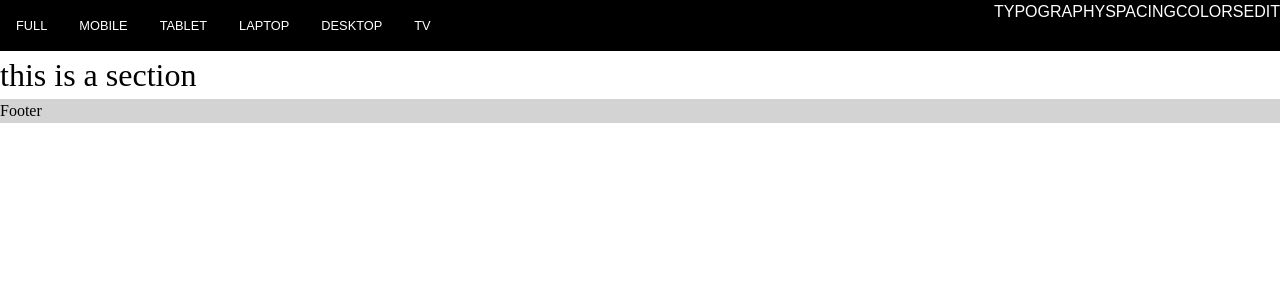
Repository: Terrycoco/coco-playground
Page: /
An editor plug-in stored every save of this project. The page is shown before and after the next save, followed by the edit.
The browser window is 1280 px wide. The pictures show the whole page.
The project was rebuilt for these pictures with package versions that can differ from the ones it lists, and the page was loaded fresh each time. The framework's server and built-in components were replaced by stand-ins that run in the browser. Also part of the build but not shown: next.config.js, src/components/menus/menu.module.css.

Above is the page before, as saved 2023-03-20 10:43:33.

### src/app/layout.js
//THIS FILE DEFINES BASIC HTML FOR WHOLE SITE
//YOU CAN OVERWRITE ANY METADATA IN INDIVIDUAL ROUTES ALSO
"use client";
import { Providers } from "./store/provider";
import "./globals.css";
import Header from "@/components/layout/Header.js";

import Footer from "@/components/layout/Footer";
import ScreenEmulator from "@/components/layout/ScreenEmulator";

//can't use metadata on files that use client
// export const metadata = {
//   title: "Theme Playground",
//   description: "Theme Playground By Coco",
// };

export default function RootLayout({ children }) {
  return (
    <html lang="en">
      <head>
        <title>Coco Theme Playground</title>
      </head>

      <body>
        <Providers>
          <>
            <Header />
            <ScreenEmulator>
              {children}
              <Footer />
            </ScreenEmulator>
          </>
        </Providers>
      </body>
    </html>
  );
}

### src/app/page.js
"use client";
import { useSelector, useDispatch } from "react-redux";
import { selectTheme } from "./store/slices/themeSlice";

export default function Page() {
  const theme = useSelector(selectTheme);
  console.log("page recd theme:", theme);
  return (
    <main>
      <section>this is a section</section>
    </main>
  );
}

// <section id="theme" style={getContainerStyle("section")}>
// <h1 style={getHStyle("h1")}>
//   This the result of your Theme{"   "}
//   <span style={styles.smgray}>(h1)</span>
// </h1>
// <h2 style={getHStyle("h2")}>
//   Your Default Styles Are Shown{"   "}
//   <span style={styles.smgray}>(h2)</span>
// </h2>
// <h3 style={getHStyle("h3")}>
//   You selected {`${levCount - 1}`} levels of headings.
//   <span style={styles.smgray}>(h3)</span>
// </h3>

// <h4 style={getHStyle("h4")}>
//   I am a heading level 4 {"   "}
//   <span style={styles.smgray}>(h4)</span>
// </h4>

// <h5 style={getHStyle("h5")}>
//   I am a heading level 5{"   "}
//   <span style={styles.smgray}>(h5)</span>
// </h5>

// <h6 style={getHStyle("h6")}>
//   I am a heading level 6{"   "}
//   <span style={styles.smgray}>(h6)</span>
// </h6>

// <p data-el="p" style={getTextStyle("p")}>
//   Your theme settings will show up here. These are the default styles
//   for each element, which will be consistent across your project. You
//   can, of course, alter them for individual elements as you see fit.{" "}
//   <span style={styles.smgray}>(p)</span>
// </p>
// <p data-el="p" style={getTextStyle("p")}>
//   This is the paragraph element. To set the font scale among the
//   different headings and at different screen resolutions, go to{" "}
//   <b>SCALE</b>. The rest of the paragraph settings can be found by
//   clicking <b>TEXT</b> <span style={styles.smgray}>(p)</span>
// </p>

// <p data-el="p" style={getTextStyle("p")}>
//   Don't like the spacing? Click <b>CONTAINERS</b> to set default padding
//   and margins for container elements like sections, the header and
//   footer, between paragraphs, etc.{" "}
//   <span style={styles.smgray}>(p)</span>
// </p>
// </section>
// <section id="colors" style={getContainerStyle("section")}>
// <h1 style={getHStyle("h1")}>
//   This the result of your Theme{"   "}
//   <span style={styles.smgray}>(h1)</span>
// </h1>
// <h2 style={getHStyle("h2")}>
//   Your Default Styles Are Shown{"   "}
//   <span style={styles.smgray}>(h2)</span>
// </h2>
// <h3 style={getHStyle("h3")}>
//   You selected {`${levCount - 1}`} levels of headings.
//   <span style={styles.smgray}>(h3)</span>
// </h3>

// <h4 style={getHStyle("h4")}>
//   I am a heading level 4 {"   "}
//   <span style={styles.smgray}>(h4)</span>
// </h4>

// <h5 style={getHStyle("h5")}>
//   I am a heading level 5{"   "}
//   <span style={styles.smgray}>(h5)</span>
// </h5>

// <h6 style={getHStyle("h6")}>
//   I am a heading level 6{"   "}
//   <span style={styles.smgray}>(h6)</span>
// </h6>

// <p data-el="p" style={getTextStyle("p")}>
//   Your typography styles will show up here. These are the default styles
//   for each element, which will be consistent across your project. You
//   can, of course, alter them for individual elements as you see fit.{" "}
//   <span style={styles.smgray}>(p)</span>
// </p>
// <p data-el="p" style={getTextStyle("p")}>
//   This is the paragraph element. To set the font scale among the
//   different headings and at different screen resolutions, go to{" "}
//   <b>SCALE</b>. The rest of the paragraph settings can be found by
//   clicking <b>TYPOGRAPHY</b> <span style={styles.smgray}>(p)</span>
// </p>

// <p data-el="p" style={getTextStyle("p")}>
//   Don't like the spacing? Click <b>SPACING</b> to set default padding
//   and margins for elements like sections, the header and footer, between
//   paragraphs, etc. <span style={styles.smgray}>(p)</span>
// </p>
// </section>

### src/app/store/provider.js
"use client";

import { Provider } from "react-redux";
import store from "./store";

export function Providers({ children }) {
  return <Provider store={store}>{children}</Provider>;
}

### src/app/globals.css
@import "./reset.css";

:root {
  font-size: 1rem;
}
body {
  margin: 0;
  min-height: 100vh;
}

header {
  background-color: black;
  color: white;
}

footer {
  background-color: lightgray;
  color: black;
}

section {
  font-size: 2rem;
}

### src/components/layout/Header.js
"use client";
import React from "react";
import { useSelector } from "react-redux";
import { selectTheme } from "@/slices/themeSlice";
import { selectVariables } from "@/slices/variablesSlice";
import DeviceMenu from "@/components/menus/DeviceMenu";
import MainMenu from "@/components/menus/MainMenu";

function Header() {
  const theme = useSelector(selectTheme);
  const variables = useSelector(selectVariables);

  const styles = {
    header: {
      display: "flex",
      justifyContent: "space-between",
    },
  };

  const getHeaderStyles = () => {
    let styles = { ...theme.containers.header };
    styles.backgroundColor = variables[styles.backgroundColor];
    return styles;
  };

  return (
    <header style={styles.header}>
      <DeviceMenu />
      <MainMenu />
    </header>
  );
}

export default Header;

### src/components/layout/Footer.js
"use client";
import React from "react";

const Footer = () => {
  return <footer>Footer</footer>;
};

export default Footer;

### src/components/layout/ScreenEmulator.js
import { useState, useEffect } from "react";
import { useSelector } from "react-redux";
import { selectCurrentDevice, selectIsFullScreen } from "@/slices/uiSlice";
import { selectDevices, selectDeviceElements } from "@/slices/themeSlice";

const ScreenEmulator = ({ children, ...props }) => {
  const [width, setWidth] = useState("400px");
  const isFullScreen = useSelector(selectIsFullScreen);
  const device = useSelector(selectCurrentDevice);
  const devices = useSelector(selectDevices);
  const [baseFontSize, setBaseFontSize] = useState();
  const deviceFontSizes = useSelector(selectDeviceElements);

  //get some valid heights
  useEffect(() => {
    if (device && device.length > 0 && devices !== undefined) {
      if (isFullScreen) {
        setWidth(window.innerWidth);
      } else {
        console.log("device is:", device, "devices:", devices);
        let w = devices[device].min + 100 + "px";
        setWidth(w);
      }
      setBaseFontSize(deviceFontSizes[device].body.fontSize + "px");
    }
  }, [device, isFullScreen]);

  const getEmulation = () => {
    return {
      border: "1px solid darkgray",
      width: `${width}`,
      fontSize: `${baseFontSize}`,
      marginTop: "1rem",
      marginLeft: "1rem",
      height: window.innerHeight - 75 + "px",
      overflowY: "scroll",
      borderRadius: "10px",
      boxShadow: "rgba(213, 217, 217, 0.5) 0 2px 5px 0",
    };
  };

  if (isFullScreen == true) {
    return <>{children}</>;
  } else {
    return (
      <div style={getEmulation()}>
        {children}
        Screen size: {width} Device: {device}
      </div>
    );
  }
};

export default ScreenEmulator;

### src/app/store/slices/themeSlice.js
"use client";

import { createSlice, createSelector } from "@reduxjs/toolkit";
import { HYDRATE } from "next-redux-wrapper";
import { currentTheme } from "@/themes";

const initialState = {
  headingCount: currentTheme.headingCount,
  fonts: currentTheme.fonts,
  colors: currentTheme.colors,
  colorVariants: currentTheme.colorVariants,
  devices: currentTheme.devices,
  deviceElements: currentTheme.deviceElements,
  text: currentTheme.text,
  containers: currentTheme.containers,
};

export const themeSlice = createSlice({
  name: "theme",
  initialState,
  reducers: {
    updateText(state, action) {
      state.text[action.payload.element][action.payload.propName] =
        action.payload.value;
    },

    extraReducers: {
      [HYDRATE]: (state, action) => {
        return {
          ...state,
          ...action.payload.theme,
        };
      },
    },
  },
});

export const { updateText } = themeSlice.actions;
export const selectTheme = (state) => state.theme;
export const selectText = (state) => state.theme.text;
export const selectDevices = (state) => state.theme.devices;
export const selectDeviceElements = (state) => state.theme.deviceElements;
export default themeSlice.reducer;

### src/app/store/store.js
"use client"; //anything that will access redux must use client
import { configureStore } from "@reduxjs/toolkit";
import { themeSlice } from "./slices/themeSlice";
import { variablesSlice } from "./slices/variablesSlice";
import { uiSlice } from "./slices/uiSlice";

// config the store
const store = configureStore({
  reducer: {
    [themeSlice.name]: themeSlice.reducer,
    [variablesSlice.name]: variablesSlice.reducer,
    [uiSlice.name]: uiSlice.reducer,
  },
});

// export default the store
console.log("store:", store.getState());
export default store;

### src/app/reset.css
/* Box sizing rules */
*,
*::before,
*::after {
  box-sizing: border-box;
}

/* Remove default margin */
main,
html,
body,
h1,
h2,
h3,
h4,
h5,
h6,
p,
figure,
blockquote,
dl,
dd {
  margin: 0;
  padding: 0;
}

/* Remove list styles on ul, ol elements with a list role, which suggests default styling will be removed */
ul,
menu,
ol {
  list-style: none;
}

/* remove discs from list items */
li {
  list-style-type: none;
}

/* Set core root defaults */
html:focus-within {
  scroll-behavior: smooth;
}

/* Set core body defaults */
body {
  min-height: 100vh;
  text-rendering: optimizeSpeed;
  line-height: 1.5;
}

/* A elements that don't have a class get default styles */
a:not([class]) {
  text-decoration-skip-ink: auto;
}

/* Make images easier to work with */
img,
picture {
  max-width: 100%;
  display: block;
}

menu {
  margin-block-start: 0em;
  margin-block-end: 0em;
  margin-inline-start: 0px;
  margin-inline-end: 0px;
  padding-inline-start: 0px;
}

/* Inherit fonts for inputs and buttons */
input,
button,
textarea,
select {
  font: inherit;
}

/* remove any default font props */
body,
h1,
h2,
h3,
h4,
h5,
h6,
p {
  letter-spacing: normal;
  word-spacing: normal;
  line-height: 1.5;
  font-optical-sizing: auto;
}

/* Remove all animations, transitions and smooth scroll for people that prefer not to see them */
@media (prefers-reduced-motion: reduce) {
  html:focus-within {
    scroll-behavior: auto;
  }

  *,
  *::before,
  *::after {
    animation-duration: 0.01ms !important;
    animation-iteration-count: 1 !important;
    transition-duration: 0.01ms !important;
    scroll-behavior: auto !important;
  }
}

### src/app/store/slices/variablesSlice.js
import { createSlice } from "@reduxjs/toolkit";
import { HYDRATE } from "next-redux-wrapper";
import { currentTheme } from "@/themes";
import { updateColor, updateFont } from "@/app/store/sharedActions";

function toCSS(key) {
  var result = key.replace(/([A-Z])/g, " $1");
  return result.split(" ").join("-").toLowerCase();
}

const getFontVariable = (fontName) => {
  let str = fontName.replaceAll(" ", "-").toLowerCase();
  return `var(--font-${str})`;
};

const loadInitVariables = () => {
  let variables = {};
  let section, prefix;

  //fonts
  section = "fonts";
  prefix = "var(--font-";
  for (const key in currentTheme[section]) {
    variables[`${prefix}${key})`] = getFontVariable(currentTheme[section][key]);
  }

  //colors
  section = "colors";
  prefix = "var(--clr-";
  for (const key in currentTheme[section]) {
    variables[`${prefix}${key})`] = toCSS(currentTheme[section][key]);
  }

  //color variants
  section = "colorVariants";
  prefix = "var(--clr-";
  for (const key in currentTheme[section]) {
    variables[`${prefix}${key})`] = toCSS(currentTheme[section][key]);
  }

  return variables;
};

const initialState = loadInitVariables();

export const variablesSlice = createSlice({
  name: "variables",
  initialState,
  reducers: {
    updateVariable(state, action) {
      state[action.payload.key] = action.payload.value;
    },
  },
  extraReducers: (builder) => {
    builder
      .addCase(updateColor, (state, action) => {
        action.payload.map((obj) => {
          state[obj.themeVar] = obj.value;
        });
      })
      .addCase(updateFont, (state, action) => {
        console.log("got here:", action.payload);
        //theme variable (ie body) has been updated to another font
        state[action.payload.themeVar] = action.payload.fontVar;
      });
  },
});

export const { updateVariable } = variablesSlice.actions;
export const selectVariables = (state) => state.variables;
export default variablesSlice.reducer;

### src/components/menus/DeviceMenu.js
"use client";
import { useState, useEffect } from "react";
import { useSelector, useDispatch } from "react-redux";
import {
  selectCurrentDevice,
  updateCurrentDevice,
  updateIsFullScreen,
  selectIsFullScreen,
} from "@/slices/uiSlice";
import { selectDevices } from "@/slices/themeSlice";
import css from "./menu.module.css";

const DeviceMenu = () => {
  const currentDevice = useSelector(selectCurrentDevice);
  const fullScreen = useSelector(selectIsFullScreen);
  const dispatch = useDispatch();
  const devices = useSelector(selectDevices);
  const [userSize, setUserSize] = useState();
  const [userDevice, setUserDevice] = useState();

  useEffect(() => {
    setUserSize(window.innerWidth); //TODO MAKE RESPONSIVE
    let ud = getUserDevice(window.innerWidth, devices);
    console.log("userDevice:", ud);
    setUserDevice(ud);
    dispatch(updateCurrentDevice(ud));
  }, []);

  const styles = {
    menu: {
      display: "flex",
      flexDirection: "row",
      justifyContent: "space-evenly",
    },
    li: {
      fontFamily: "Arial",
      textTransform: "uppercase",
      fontSize: ".8em",
      padding: "1rem",
    },
  };

  const handleSelect = (e) => {
    const dev = e.target.id;
    if (dev === "full") {
      dispatch(updateIsFullScreen(true));
      dispatch(updateCurrentDevice(userDevice));
    } else {
      dispatch(updateCurrentDevice(dev));
      dispatch(updateIsFullScreen(false));
    }
  };

  return (
    <menu style={styles.menu}>
      <li id="full" style={styles.li} onClick={handleSelect} className={css.li}>
        Full
      </li>
      <li
        id="mobile"
        style={styles.li}
        className={css.li}
        onClick={handleSelect}
      >
        mobile
      </li>
      <li
        id="tablet"
        style={styles.li}
        className={css.li}
        onClick={handleSelect}
      >
        tablet
      </li>
      <li
        id="laptop"
        style={styles.li}
        className={css.li}
        onClick={handleSelect}
      >
        laptop
      </li>
      <li
        id="desktop"
        style={styles.li}
        className={css.li}
        onClick={handleSelect}
      >
        desktop
      </li>
      <li id="tv" style={styles.li} className={css.li} onClick={handleSelect}>
        tv
      </li>
    </menu>
  );
};

export default DeviceMenu;

function getUserDevice(size, devices) {
  for (const d in devices) {
    if (devices[d].min <= size && size <= devices[d].max) {
      return d;
    }
  }
}

### src/components/menus/MainMenu.js
"use client";
import React from "react";
import { useSelector } from "react-redux";
import { selectTheme } from "@/slices/themeSlice";
import { selectVariables } from "@/slices/variablesSlice";

function MainMenu() {
  const theme = useSelector(selectTheme);
  const variables = useSelector(selectVariables);

  const styles = {
    menu: {
      display: "flex",
      justifyContent: "space-evenly",
    },
    li: {
      fontFamily: "Arial, Helvetica",
      fontSize: "1rem",
      textTransform: "uppercase",
    },
  };

  return (
    <menu style={styles.menu}>
      <li style={styles.li}>typography</li>
      <li style={styles.li}>spacing</li>
      <li style={styles.li}>colors</li>
      <li style={styles.li}>edit</li>
    </menu>
  );
}

export default MainMenu;

### src/app/store/slices/uiSlice.js
"use client";

//slice for ui state

import { createSlice, createSelector } from "@reduxjs/toolkit";
import { HYDRATE } from "next-redux-wrapper";

const initialState = {
  currentForm: "",
  currentDevice: "",
  isFullScreen: true,
  isDrawerOpen: false,
  currentTab: 1,
};

export const uiSlice = createSlice({
  name: "ui",
  initialState,
  reducers: {
    updateCurrentForm(state, action) {
      state.currentForm = action.payload;
    },
    updateCurrentTab(state, action) {
      state.currentTab = action.payload;
    },
    updateCurrentDevice(state, action) {
      console.log("updateDevice: ", action);
      state.currentDevice = action.payload;
    },
    updateIsDrawerOpen(state, action) {
      state.isDrawerOpen = action.payload;
    },
    updateIsFullScreen(state, action) {
      state.isFullScreen = action.payload;
    },

    extraReducers: {
      [HYDRATE]: (state, action) => {
        return {
          ...state,
          ...action.payload.ui,
        };
      },
    },
  },
});

export const {
  updateCurrentForm,
  updateCurrentDevice,
  updateCurrentTab,
  updateIsDrawerOpen,
  updateIsFullScreen,
} = uiSlice.actions;
export const selectCurrentDevice = (state) => state.ui.currentDevice;
export const selectCurrentTab = (state) => state.ui.currentTab;
export const selectCurrentForm = (state) => state.ui.currentForm;
export const selectIsDrawerOpen = (state) => state.ui.isDrawerOpen;
export const selectIsFullScreen = (state) => state.ui.isFullScreen;
export default uiSlice.reducer;

### src/themes/index.js
import init from "./init";

module.exports = { currentTheme: init };

### src/app/store/sharedActions.js
import { createAction } from "@reduxjs/toolkit";
const varKeys = [75, 50, 25, 10, 5];

const updateColor = createAction("UPDATE_COLOR", function prepare(obj) {
  //any time theme color is updated, so are variants so pass those in with the payload
  console.log("shared updateColor", obj);
  let key = obj.key;
  let payloadVal = [];
  let newhex = obj.value;
  if (key !== "error" && key !== "whitish") {
    varKeys.map((pct) => {
      let variantKey = `${key}${pct}`;
      let val = getPctOfHex(newhex, pct);
      payloadVal.push({
        key: variantKey,
        value: val,
        section: "variants",
        themeVar: `var(--clr-${variantKey})`,
      });
    });
  }
  //push original one
  payloadVal.push({
    key: key,
    value: newhex,
    section: "themed",
    themeVar: `var(--clr-${key})`,
  });
  //console.log("newpayload:", payloadVal);
  return { payload: payloadVal };
});

const updateFont = createAction("UPDATE_FONT", function prepare(obj) {
  console.log("fontobj:", obj);
  /*shape of font payload
      propName: "body",
      name: "Gelasio",
      themeVar: "var(--font-body)",
      fontVar: "var(--font-gelasio)" */

  return { payload: obj };
});

module.exports = { updateColor, updateFont };

// util functions to calculate variant values --------------
function hexToHSL(H) {
  // Convert hex to RGB first
  let r = 0,
    g = 0,
    b = 0;
  if (H.length == 4) {
    r = "0x" + H[1] + H[1];
    g = "0x" + H[2] + H[2];
    b = "0x" + H[3] + H[3];
  } else if (H.length == 7) {
    r = "0x" + H[1] + H[2];
    g = "0x" + H[3] + H[4];
    b = "0x" + H[5] + H[6];
  }
  // Then to HSL
  r /= 255;
  g /= 255;
  b /= 255;
  let cmin = Math.min(r, g, b),
    cmax = Math.max(r, g, b),
    delta = cmax - cmin,
    h = 0,
    s = 0,
    l = 0;

  if (delta == 0) h = 0;
  else if (cmax == r) h = ((g - b) / delta) % 6;
  else if (cmax == g) h = (b - r) / delta + 2;
  else h = (r - g) / delta + 4;

  h = Math.round(h * 60);

  if (h < 0) h += 360;

  l = (cmax + cmin) / 2;
  s = delta == 0 ? 0 : delta / (1 - Math.abs(2 * l - 1));
  s = +(s * 100).toFixed(1);
  l = +(l * 100).toFixed(1);

  return { h: h, s: s, l: l };
}
function getPctOfHex(hex, pct) {
  //incoming pct is pct opacity of orig color
  let inverted = 100 - pct;
  //convert incoming to hsl
  let hsl = hexToHSL(hex);

  //current lightness is 0%;
  let currentLightPct = hsl.l;
  let remainingLightPct = 100 - currentLightPct;
  let onepct = remainingLightPct / 100;
  let desiredPct = onepct * inverted + currentLightPct;
  let result = HSLToHex(hsl.h, hsl.s, desiredPct);
  return result;
}
function HSLToHex(h, s, l) {
  s /= 100;
  l /= 100;

  let c = (1 - Math.abs(2 * l - 1)) * s,
    x = c * (1 - Math.abs(((h / 60) % 2) - 1)),
    m = l - c / 2,
    r = 0,
    g = 0,
    b = 0;

  if (0 <= h && h < 60) {
    r = c;
    g = x;
    b = 0;
  } else if (60 <= h && h < 120) {
    r = x;
    g = c;
    b = 0;
  } else if (120 <= h && h < 180) {
    r = 0;
    g = c;
    b = x;
  } else if (180 <= h && h < 240) {
    r = 0;
    g = x;
    b = c;
  } else if (240 <= h && h < 300) {
    r = x;
    g = 0;
    b = c;
  } else if (300 <= h && h < 360) {
    r = c;
    g = 0;
    b = x;
  }
  // Having obtained RGB, convert channels to hex
  r = Math.round((r + m) * 255).toString(16);
  g = Math.round((g + m) * 255).toString(16);
  b = Math.round((b + m) * 255).toString(16);

  // Prepend 0s, if necessary
  if (r.length == 1) r = "0" + r;
  if (g.length == 1) g = "0" + g;
  if (b.length == 1) b = "0" + b;

  return "#" + r + g + b;
}

### src/themes/init.js
//to use, import this file and set this as currentTheme in /src/themes/index
const headingCount = 1;

const fonts = {
  body: "Times",
  display: "Times",
  special: "Times",
  mono: "Times",
  forms: "Arial",
};

const devices = {
  mobile: {
    min: 320,
    max: 479,
  },

  tablet: {
    min: 480,
    max: 767,
  },

  laptop: {
    min: 768,
    max: 1023,
  },

  desktop: {
    min: 1024,
    max: 1999,
  },

  tv: {
    min: 1200,
    max: 9999,
  },
};

const deviceElements = {
  mobile: {
    body: {
      fontSize: "18",
      lineHeight: "1.5",
    },
    h1: {
      fontSize: "40",
      lineHeight: "1.16",
    },
  },
  tablet: {
    body: {
      fontSize: "19",
      lineHeight: "1.5",
    },
    h1: {
      fontSize: "40",
      lineHeight: "1.16",
    },
  },
  laptop: {
    body: {
      fontSize: "20",
      lineHeight: "1.329",
    },
    h1: {
      fontSize: "52",
      lineHeight: "1.16",
    },
  },
  desktop: {
    body: {
      fontSize: "24",
      lineHeight: "1.345",
    },
    h1: {
      fontSize: "57",
      lineHeight: "1.16",
    },
  },

  tv: {
    body: {
      fontSize: "28",
      lineHeight: "1.391",
    },
    h1: {
      fontSize: "67",
      lineHeight: "1.031",
    },
  },
};

const colors = {
  primary: "#fc3a79",
  secondary: "#fe572e",
  blackish: "#261f22",
  whitish: "#f5f5f4",
  error: "#dc2626",
};

const colorVariants = {
  primary75: "#fd6b99",
  primary50: "#fe9dbb",
  primary25: "#fecedd",
  primary10: "#ffebf1",
  primary5: "#fff5f8",
  secondary75: "#fe8162",
  secondary50: "#feab96",
  secondary25: "#ffd5cb",
  secondary10: "#ffeeea",
  secondary5: "#fff7f5",
  blackish75: "#635158",
  blackish50: "#9c868f",
  blackish25: "#cdc2c7",
  blackish10: "#ebe7e9",
  blackish5: "#f5f3f4",
};

const containers = {
  header: {
    backgroundColor: "var(--clr-primary)",
    height: "2rem",
    paddingRight: "0rem",
    paddingLeft: "0rem",
  },
  main: {
    paddingTop: "2rem",
    paddingRight: "0rem",
    paddingBottom: "0rem",
    paddingLeft: "0rem",
  },
  section: {
    paddingTop: "0rem",
    paddingRight: "0rem",
    paddingBottom: "0rem",
    paddingLeft: "0rem",
  },
  article: {
    paddingTop: "0rem",
    paddingRight: "0rem",
    paddingBottom: "0rem",
    paddingLeft: "0rem",
  },
  aside: {
    paddingTop: "0rem",
    paddingRight: "0rem",
    paddingBottom: "0rem",
    paddingLeft: "0rem",
  },
  footer: {
    backgroundColor: "var(--clr-primary50)",
    color: "var(--clr-blackish)",
    height: "0rem",
    paddingTop: "0rem",
    paddingRight: "0rem",
    paddingBottom: "0rem",
    paddingLeft: "0rem",
  },
};

const text = {
  p: {
    color: "var(--clr-blackish)",
    fontFamily: "var(--font-body)",
    fontWeight: "400",
    fontSize: "var(--fs-body)",
    lineHeight: "var(--lh-body)",
    letterSpacing: "0px",
    wordSpacing: "0px",
    maxWidth: "60ch",
    marginBottom: "1rem",
  },

  h1: {
    color: "var(--clr-blackish)",
    fontFamily: "var(--font-display)",
    fontWeight: "400",
    fontSize: "var(--fs-h1)",
    lineHeight: "var(--lh-h1)",
    letterSpacing: "-1.5px",
    wordSpacing: "-5px",
    maxWidth: "60ch",
    marginBottom: "1rem",
  },

  h2: {
    color: "var(--clr-blackish)",
    fontFamily: "var(--font-display)",
    fontWeight: "400",
    fontSize: "var(--fs-h2)",
    lineHeight: "var(--lh-h2)",
    letterSpacing: "-1.5px",
    wordSpacing: "-5px",
    maxWidth: "60ch",
    marginBottom: "1rem",
  },

  h3: {
    color: "var(--clr-blackish)",

    fontFamily: "var(--font-display)",

    fontWeight: "400",

    fontSize: "1rem",

    lineHeight: "150%",

    letterSpacing: "-1.5px",

    wordSpacing: "-5px",
    maxWidth: "60ch",
    marginBottom: "1rem",
  },

  h4: {
    color: "var(--clr-blackish)",

    fontFamily: "var(--font-display)",

    fontWeight: "400",

    fontSize: "1rem",

    lineHeight: "150%",

    letterSpacing: "-1.5px",

    wordSpacing: "-5px",
    maxWidth: "60ch",
    marginBottom: "1rem",
  },

  h5: {
    color: "var(--clr-blackish)",

    fontFamily: "var(--font-display)",

    fontWeight: "400",

    fontSize: "1rem",

    lineHeight: "150%",

    letterSpacing: "-1.5px",

    wordSpacing: "-5px",
    maxWidth: "60ch",
    marginBottom: "1rem",
  },

  h6: {
    color: "var(--clr-blackish)",

    fontFamily: "var(--font-display)",

    fontWeight: "400",

    fontSize: "1rem",

    lineHeight: "150%",

    letterSpacing: "-1.5px",

    wordSpacing: "-5px",
    marginBottom: "1rem",
  },

  small: {
    color: "var(--clr-blackish)",
    fontFamily: "var(--font-forms)",
    fontWeight: "400",
    fontSize: "var(--fs-sm)",
    lineHeight: "1",
    letterSpacing: "-1.5px",
    wordSpacing: "-5px",
    maxWidth: "60ch",
    marginBottom: "0rem",
  },
};

const theme = {
  headingCount,
  colors,
  colorVariants,
  fonts,
  deviceElements,
  devices,
  containers,
  text,
};

module.exports = {
  headingCount,
  colors,
  colorVariants,
  fonts,
  deviceElements,
  devices,
  containers,
  text,
  theme,
};

After the next save:
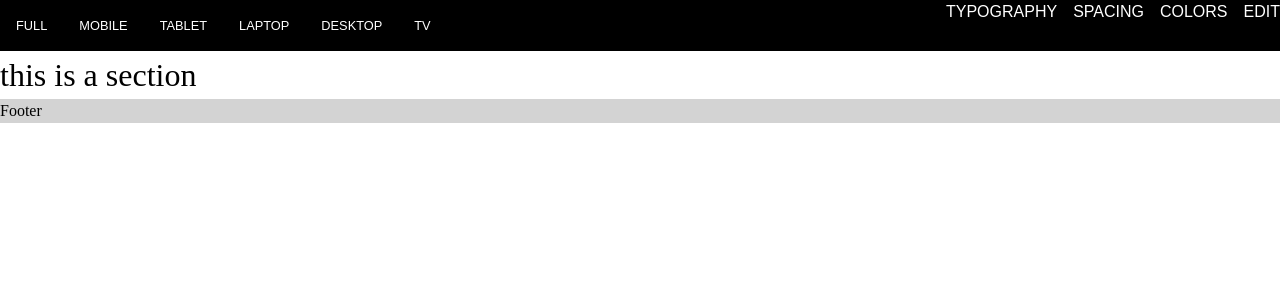
Saved 30 s later.
--- a/src/components/menus/MainMenu.js
+++ b/src/components/menus/MainMenu.js
@@ -17,6 +17,7 @@ function MainMenu() {
       fontFamily: "Arial, Helvetica",
       fontSize: "1rem",
       textTransform: "uppercase",
+      paddingLeft: "1rem",
     },
   };
 
